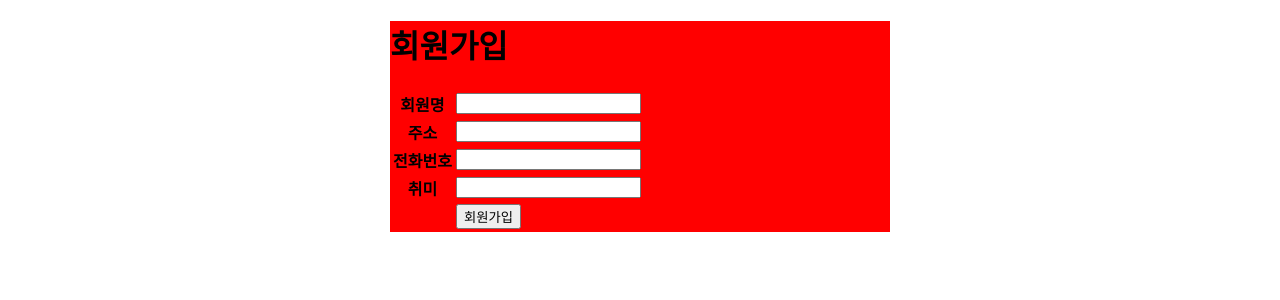
Repository: leeyujin21/jsp
Page: Hello/src/main/webapp/memReg.html
These files come from the project's save history. The page is drawn as it stood at one moment and after the next save; the edit follows.
The browser window is 1280 px wide. The pictures show the whole page.

Above is the page before, as saved 2023-09-19 05:24:47.

After the next save:
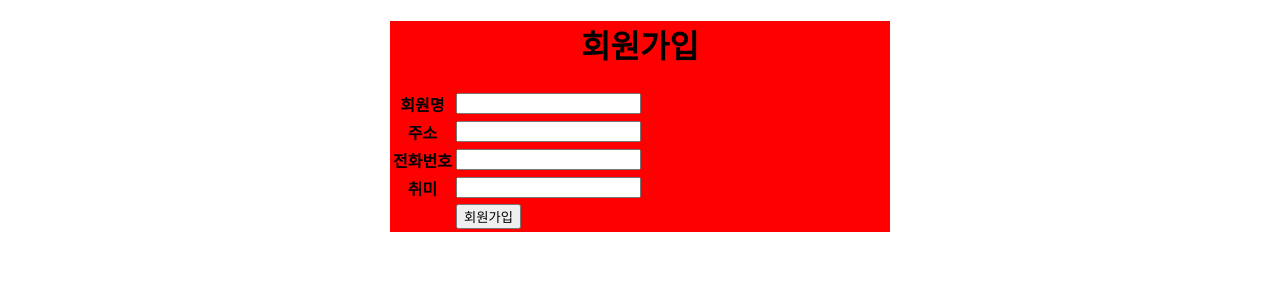
Saved 28 s later.
--- a/Hello/src/main/webapp/memReg.html
+++ b/Hello/src/main/webapp/memReg.html
@@ -11,6 +11,7 @@
 		margin: auto;
 		padding: auto;
 	}
+	h1{text-align: center;}
 </style>
 </head>
 <body>
